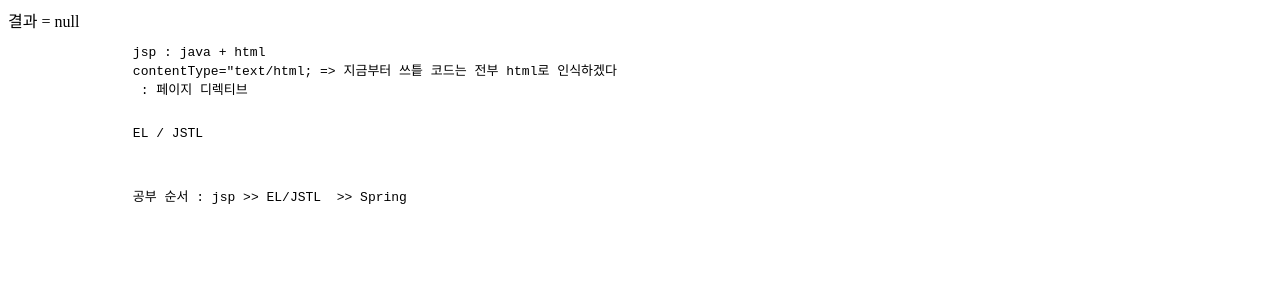
Repository: rwanda95do/bitcamp
Page: http://localhost/JQueryAjax/text/textdata.jsp
The author's editor kept a copy of each file at every save. The page is drawn from the files as they stood at one save, then again after the next save.
The browser window is 1280 px wide. The pictures show the whole page.
The page is served by Tomcat 9.

Above is the page before, as saved 2024-08-27 06:53:04.

After the next save:
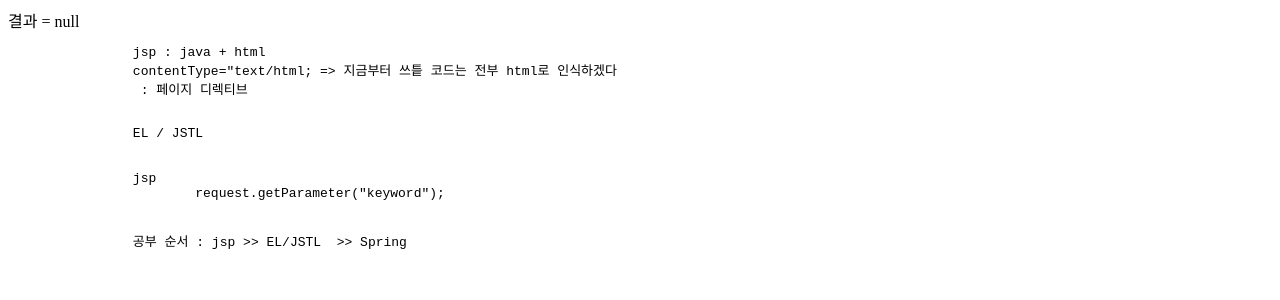
Saved 25 s later.
--- a/JQueryAjax/src/main/webapp/text/textdata.jsp
+++ b/JQueryAjax/src/main/webapp/text/textdata.jsp
@@ -29,7 +29,10 @@
 
 	<pre>
 		EL / JSTL
-		${param.keyword}
+			${param.keyword}
+
+		jsp
+			request.getParameter("keyword");
 
 
 		공부 순서 : jsp >> EL/JSTL  >> Spring
